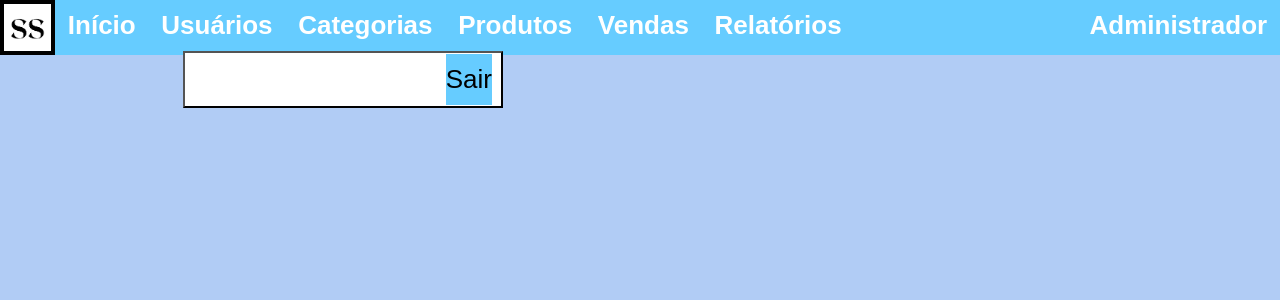
Repository: FaculdadeSenaiJoinville/PiMichelBaade
Page: ProjetoIndividual/WebContent/pages/admin/adminInicio.html
An editor plug-in stored every save of this project. The page is shown before and after the next save, followed by the edit.
The browser window is 1280 px wide. The pictures show the whole page.

Above is the page before, as saved 2021-08-14 00:55:36.

### ProjetoIndividual/WebContent/pages/admin/adminInicio.html
<!DOCTYPE html>
<html>
<head>
<meta charset="UTF-8">
	<meta name="description" content="Site da Software dos Sonhos">
	<meta name="keywords" content="Padaria, Software, Sonhos">
	<meta name="author" content="Michel Baade">
	<meta name="viewport" content="width=device-width, initial-scale=1.0">
<title>Software dos Sonhos</title>
<link rel="stylesheet" type="text/css" href="../../css/site.css">
</head>
<body>
<nav>
<div ><img src="../../imgs/logomenor.png" alt="Logo da Software dos Sonhos" id="logomenor"></div>
<a href="#"><div class="opcao">Início</div></a>
<a href="#"><div class="opcao">Usuários</div></a>
<a href="#"><div class="opcao">Categorias</div></a>
<a href="#"><div class="opcao">Produtos</div></a>
<a href="#"><div class="opcao">Vendas</div></a>
<a href="#"><div class="opcao">Relatórios</div></a>
<a href="#"><div class="usuario">Administrador</div></a>
<button><div class="usuario">Sair</div></button>
</nav>



</body>
</html>

### ProjetoIndividual/WebContent/css/site.css
@charset "UTF-8";

body{
	width: 100%;
	margin: 0 auto;
	font-family: "Century Gothic", sans-serif;
	height: 100%;
	font-weight: bold;
	background-color: #b1ccf5;
}
img{
	border:4px solid #000;
	max-width:125px;
  	max-height:125px;
}
#logomenor{
	height: auto;
    width: auto;
    max-width: 47px;
    max-height: 47px;
}
form{
	border:4px solid #000;
	width: 33%;
	margin: 100px auto;
	height: 33%;
	padding: 3%;
	background-color: #FFF;
}
#logo{
	text-align: center;
}
#camposlogin{
	margin: 15px;
	text-align: center;
}
a{
	text-decoration: underline;
}
button{
	width: 25%;
	font-size: 16px;
	margin: 0 10%;
	background-color: #FFF;
}

input{
	margin: 10px auto;
}

nav{
	clear: both;
	width: 100%;
	margin: 0px auto;
	height: 55px;
	background-color: #66ccff;
}
nav a{
	color: white;
	text-decoration: none;
	text-align: center;
}
nav .opcao{
	float: left;
	width: auto;
	background-color: #66ccff;
	padding: 10px 0;
	margin: 0 1%;
	font-size: 26px;
}
.usuario{
	float: right;
	width: auto;
	background-color: #66ccff;
	padding: 10px 0;
	margin: 0 1%;
	font-size: 26px;
}
nav .opcao:hover{
	background-color: #83afd3;
}
nav #logomenor{
	float: left;
	height: 55px;
	width: 55px;
}

After the next save:
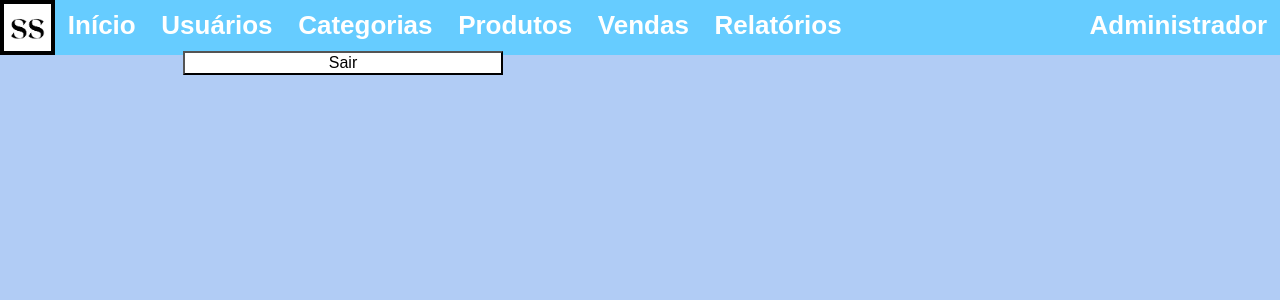
Saved 46 s later.
--- a/ProjetoIndividual/WebContent/pages/admin/adminInicio.html
+++ b/ProjetoIndividual/WebContent/pages/admin/adminInicio.html
@@ -19,7 +19,7 @@
 <a href="#"><div class="opcao">Vendas</div></a>
 <a href="#"><div class="opcao">Relatórios</div></a>
 <a href="#"><div class="usuario">Administrador</div></a>
-<button><div class="usuario">Sair</div></button>
+<button id="usuario">Sair</button>
 </nav>
 
 
